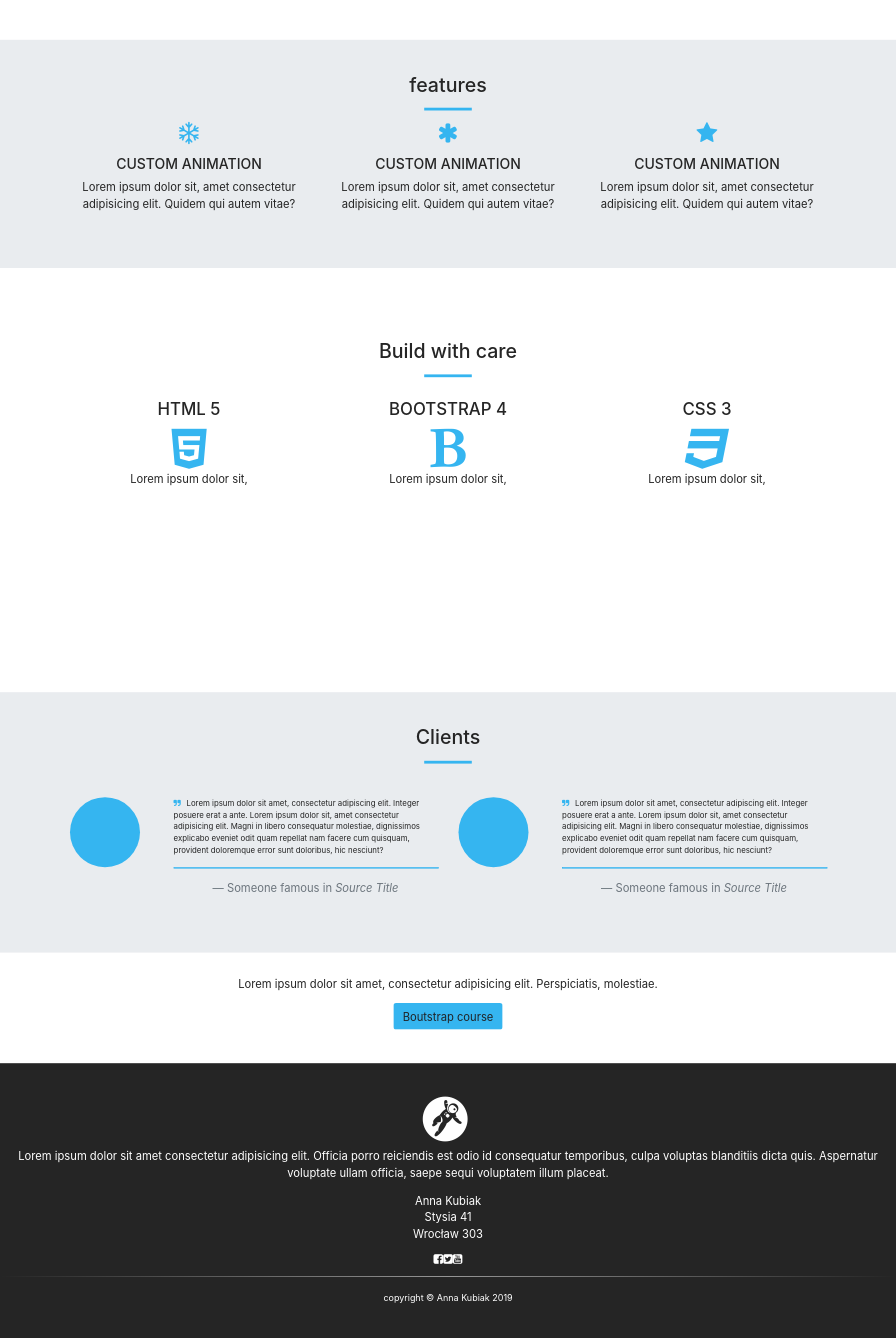
Repository: Mietlicha/bootstrap_template_exercise
Page: index.html
An editor plug-in stored every save of this project. The page is shown before and after the next save, followed by the edit.
The browser window is 1280 px wide. The pictures show the part of the page from y = 947 to 2867 px (the page is 2859 px tall before and 2867 px after), at 70% of full size.

Above is the page before, as saved 2019-11-19 23:46:03.

After the next save:
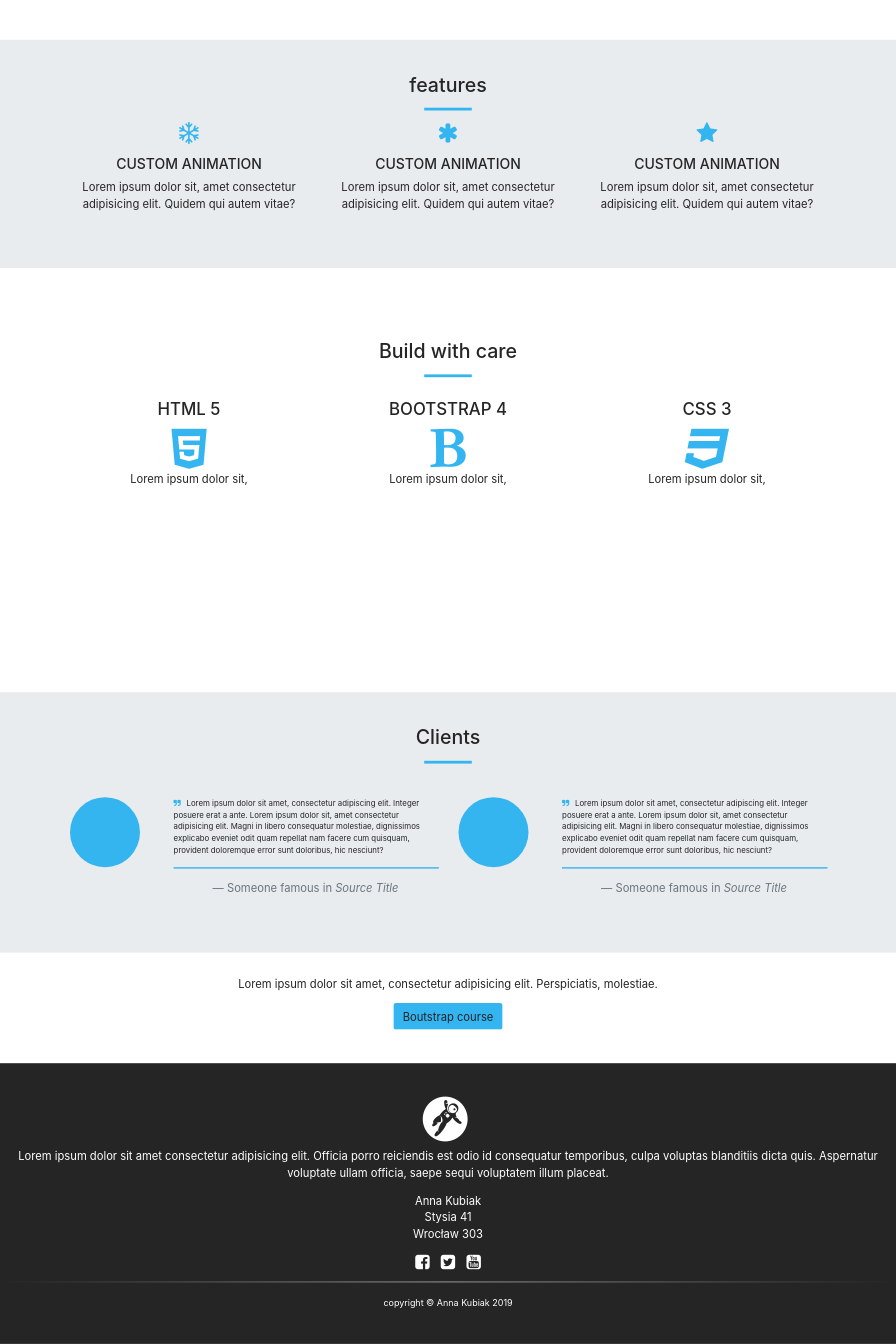
Saved 51 s later.
--- a/style.css
+++ b/style.css
@@ -164,6 +164,11 @@
     padding-bottom: 0.5rem;
 }
 
+#contact .socials i{
+    padding: 0 0.5rem;
+    font-size: 1.5rem;
+}
+
 #contact hr{
     border: 0;
     height: 1px;
